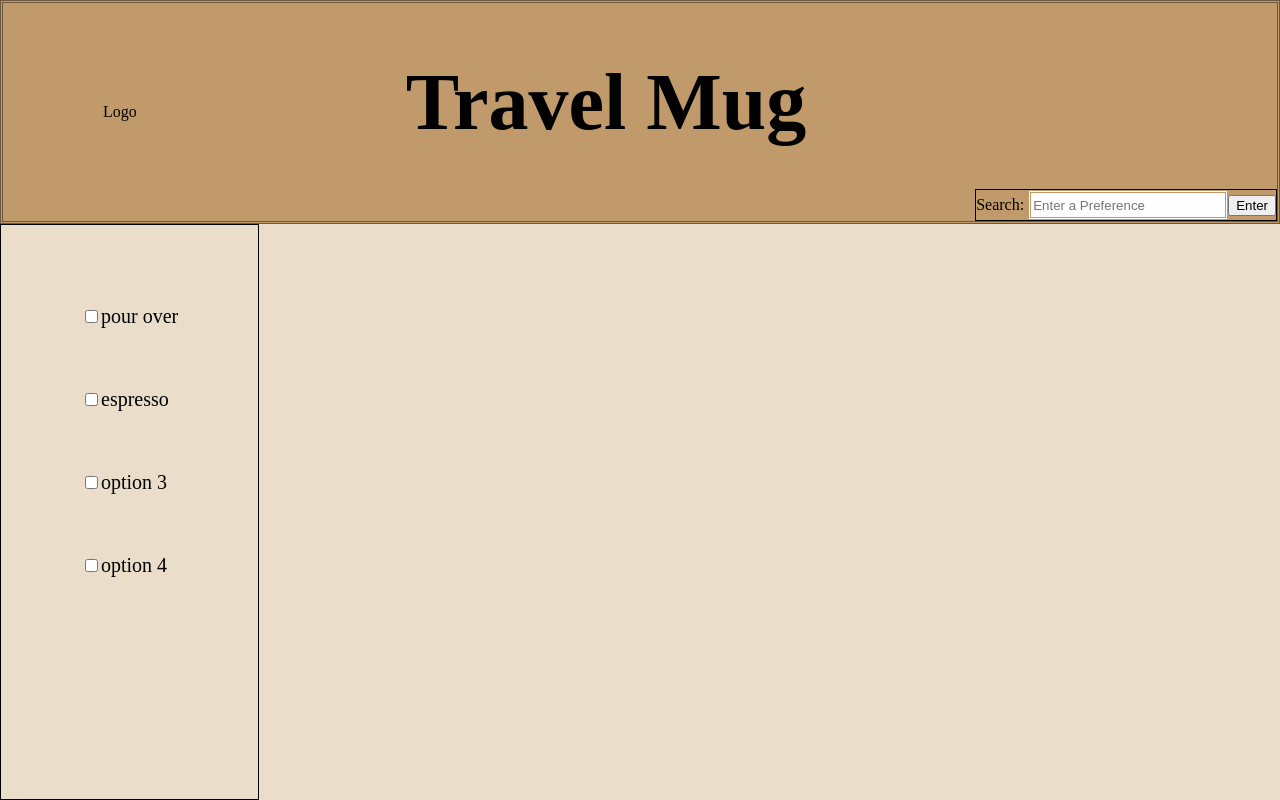
Repository: joshliu14/Travel-Mug
Page: /
An editor plug-in stored every save of this project. The page is shown before and after the next save, followed by the edit.
The browser window is 1280 px wide. The pictures show the whole page.
The project was rebuilt for these pictures with package versions that can differ from the ones it lists, and the page was loaded fresh each time.

Above is the page before, as saved 2024-01-03 02:36:30.

### public/index.html
<!DOCTYPE html>
<html lang="en">
  <head>
    <meta charset="utf-8" />
    <link rel="icon" href="%PUBLIC_URL%/favicon.ico" />
    <link rel="stylesheet" href="./index.css" />
    <meta name="viewport" content="width=device-width, initial-scale=1" />
    <meta name="theme-color" content="#000000" />
    <meta
      name="description"
      content="Web site created using create-react-app"
    />
    <link rel="apple-touch-icon" href="%PUBLIC_URL%/logo192.png" />
    <!--
      manifest.json provides metadata used when your web app is installed on a
      user's mobile device or desktop. See https://developers.google.com/web/fundamentals/web-app-manifest/
    -->
    <link rel="manifest" href="%PUBLIC_URL%/manifest.json" />
    <!--
      Notice the use of %PUBLIC_URL% in the tags above.
      It will be replaced with the URL of the `public` folder during the build.
      Only files inside the `public` folder can be referenced from the HTML.

      Unlike "/favicon.ico" or "favicon.ico", "%PUBLIC_URL%/favicon.ico" will
      work correctly both with client-side routing and a non-root public URL.
      Learn how to configure a non-root public URL by running `npm run build`.
    -->
    <title>Travel Mug</title>
  </head>
  <body>
    <noscript>You need to enable JavaScript to run this app.</noscript>
    <div id="root"></div>
    <!--
      This HTML file is a template.
      If you open it directly in the browser, you will see an empty page.

      You can add webfonts, meta tags, or analytics to this file.
      The build step will place the bundled scripts into the <body> tag.

      To begin the development, run `npm start` or `yarn start`.
      To create a production bundle, use `npm run build` or `yarn build`.
    -->
  </body>
</html>

### src/index.js
import React from "react";
import ReactDOM from "react-dom";
import App from "./App";

import { BrowserRouter } from "react-router-dom";

ReactDOM.render(
  <BrowserRouter>
    <App />
  </BrowserRouter>,
  document.getElementById("root")
);

### src/App.js
import React from "react";
import Home from "./Home";

import { Switch, Route } from "react-router-dom";

const App = () => {
  return (
    <Switch>
      <Route exact path="/">
        <Home />
      </Route>
    </Switch>
  );
};

export default App;

### src/Home.js
import React from "react";
import "./Home.css";

class Home extends React.Component {
  constructor(props) {
    super(props);
    this.state = {
      filterOptions: [
        { name: "pour over", selected: false },
        { name: "espresso", selected: false },
        { name: "option 3", selected: false },
        { name: "option 4", selected: false },
      ],
    };
  }
  handleFilterChange = (index) => {
    const filterOptions = this.state.filterOptions.slice();
    filterOptions.splice(index, 1, {
      name: filterOptions[index].name,
      selected: !filterOptions[index].selected,
    });
    this.setState({ filterOptions });
  };

  render() {
    const filterOptions = this.state.filterOptions.map((option, index) => {
      return (
        <div className="filter" key={index}>
          <label>
            <input
              type="checkbox"
              value={option.name}
              checked={option.selected}
              onChange={() => this.handleFilterChange(index)}
            />
            {option.name}
          </label>
        </div>
      );
    });
    return (
      <div>
        <div className="top">
          <div className="logo">Logo</div>
          <div className="title">
            <h1>Travel Mug</h1>
          </div>
          <div className="search-container">
            Search:{" "}
            <input className="search-bar" placeholder="Enter a Preference" />
            <button>Enter</button>
          </div>
        </div>
        <div className="bottom">
          <div className="filter-container">{filterOptions}</div>
        </div>
      </div>
    );
  }
}

export default Home;

### src/Home.css
.top {
  background-color: #c19a6b;
  display: flex;
  justify-content: space-between;
  min-width: fit-content;
  min-height: 20vh;
  border-width: 3px;
  border-color: #6d573d;
  border-style: double;
}

.logo {
  padding: 100px;
}

.title {
  text-align: center;
  font-size: 40px;
}

.nav {
  align-self: last baseline;
  display: flex;
  justify-content: center;
}
.nav a {
  font-size: large;
  padding: 10px 20px;
  color: black;
  display: block;
  text-decoration: none;
}

.nav a:hover {
  color: aliceblue;
  background-color: #6d573d;
}
.bottom {
  background-color: #eaddca;
  display: flex;
  min-width: fit-content;
  min-height: 80vh;
}

.search-container {
  border: 1px solid black;
  align-self: flex-end;
}
.search-bar {
  width: 200px;
  height: 30px;
  box-sizing: border-box;
  border-width: 3px;
  border-color: #c19a6b;
  border-style: double;
}

.filter-container {
  margin-left: 0px;
  margin-right: 0px;
  padding: 40px;
  border: 1px solid black;
}

.filter {
  display: block;
  justify-content: center;
  padding: 20px;
  font-size: 20px;
  margin: 20px;
}

### public/index.css
html,
body {
  margin: 0px;
  padding: 0px;
}

After the next save:
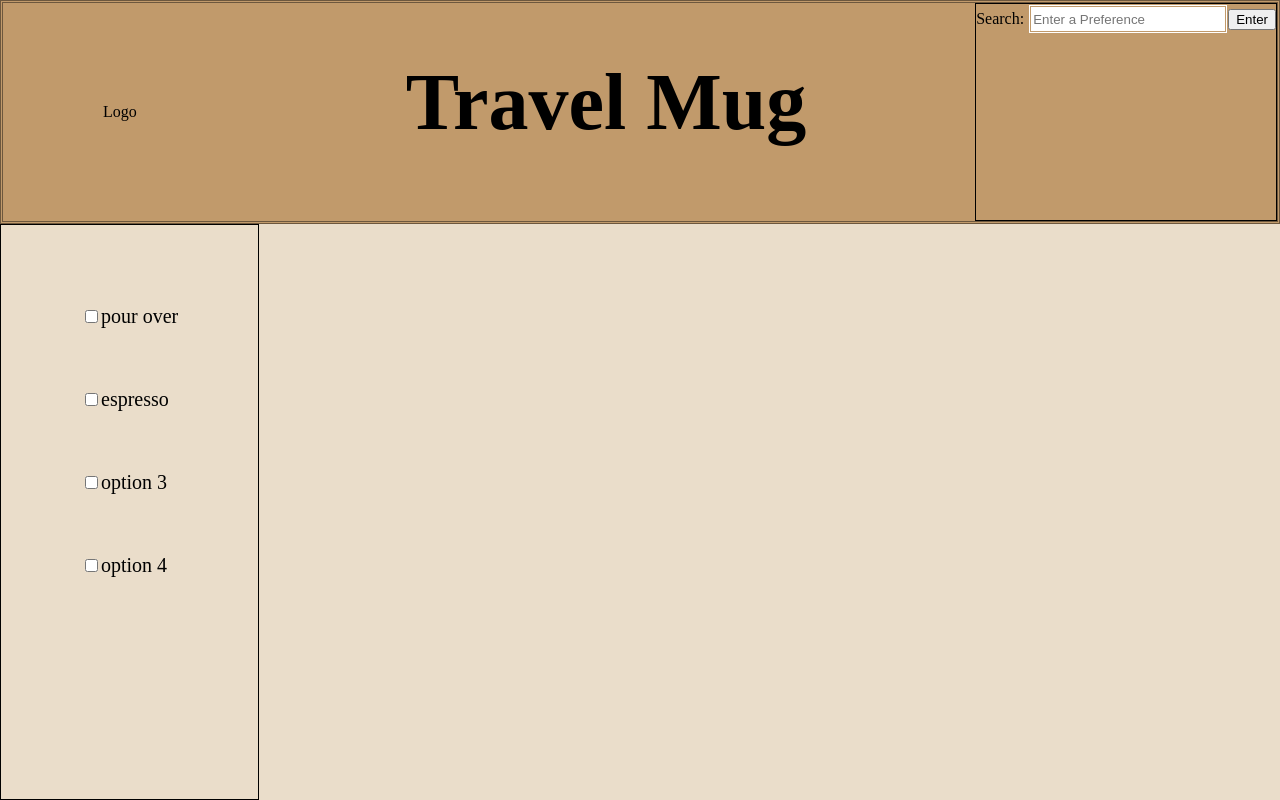
Saved 25 s later.
--- a/src/Home.css
+++ b/src/Home.css
@@ -44,7 +44,6 @@
 
 .search-container {
   border: 1px solid black;
-  align-self: flex-end;
 }
 .search-bar {
   width: 200px;
